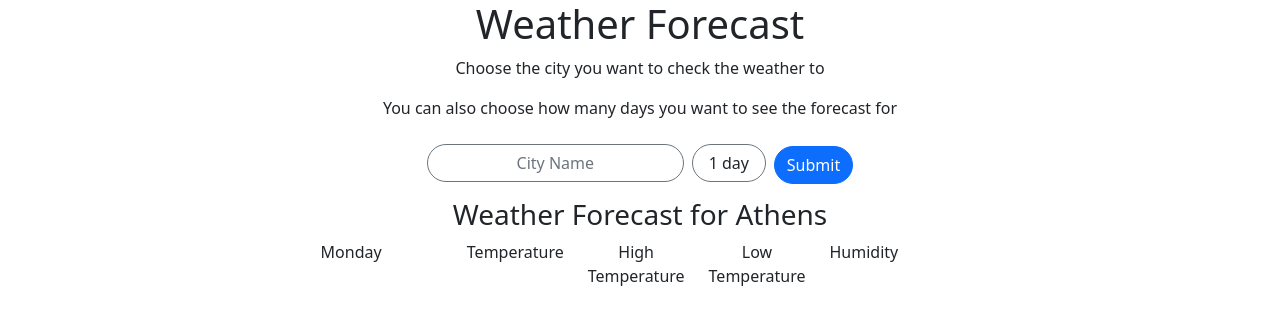
Repository: DimitrisDoxopoulos/my-own-weather-app
Page: /
The author's editor kept a copy of each file at every save. The page is drawn from the files as they stood at one save, then again after the next save.
The browser window is 1280 px wide. The pictures show the whole page.
The project was rebuilt for these pictures with package versions that can differ from the ones it lists, and the page was loaded fresh each time.

Above is the page before, as saved 2021-06-03 19:04:19.

After the next save:
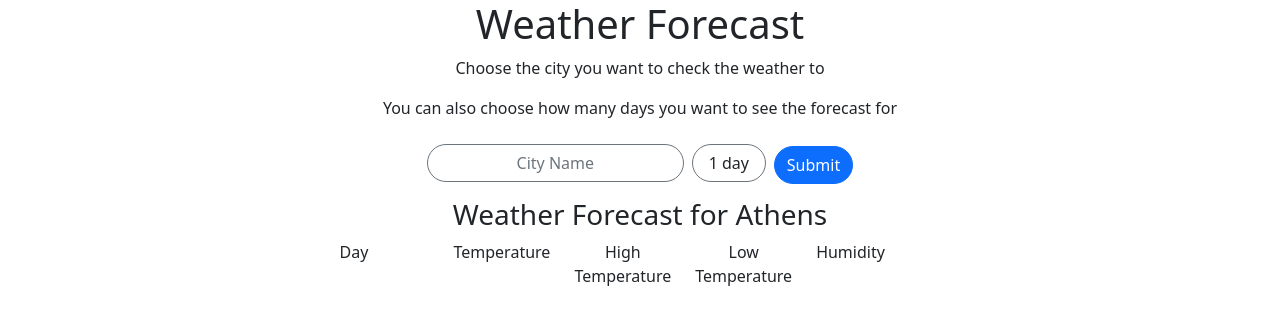
Saved 26 s later.
--- a/src/components/WeatherForecast.js
+++ b/src/components/WeatherForecast.js
@@ -7,7 +7,7 @@ const WeatherForecast = () => {
             <div className="container">
                 <div className="row">
                     <div className="col-sm">
-                        <p>Monday</p>
+                        <p>Day</p>
                     </div>
                     <div className="col-sm">
                         <image src="" alt='weather icon' />
